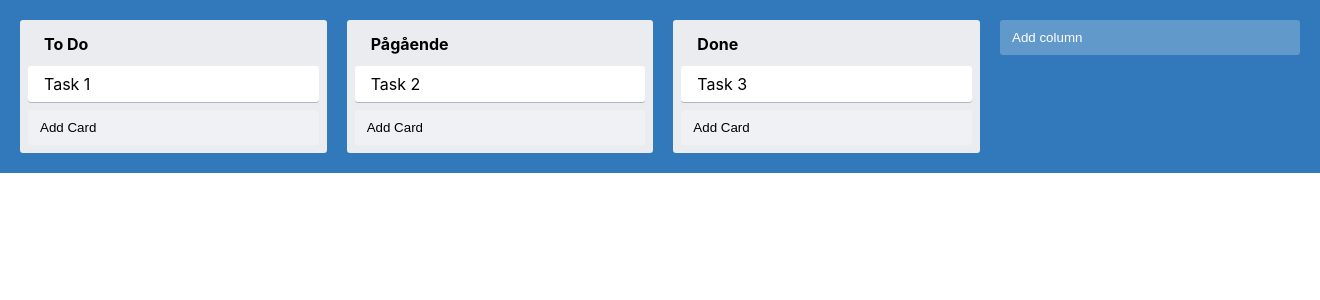
Repository: elander/grundkursen
Page: /
The author's editor kept a copy of each file at every save. The page is drawn from the files as they stood at one save, then again after the next save.
The browser window is 1280 px wide. The page is 1320 px wide, so the pictures cover 1320 px, including what lies to the right of the window. The pictures show the whole page.
The project was rebuilt for these pictures with package versions that can differ from the ones it lists, and the page was loaded fresh each time. Also part of the build but not shown: src/App.css, src/utils/useFocus.ts, src/components/NewItemForm/NewItemForm.tsx.

Above is the page before, as saved 2022-04-25 15:03:45.

After the next save:
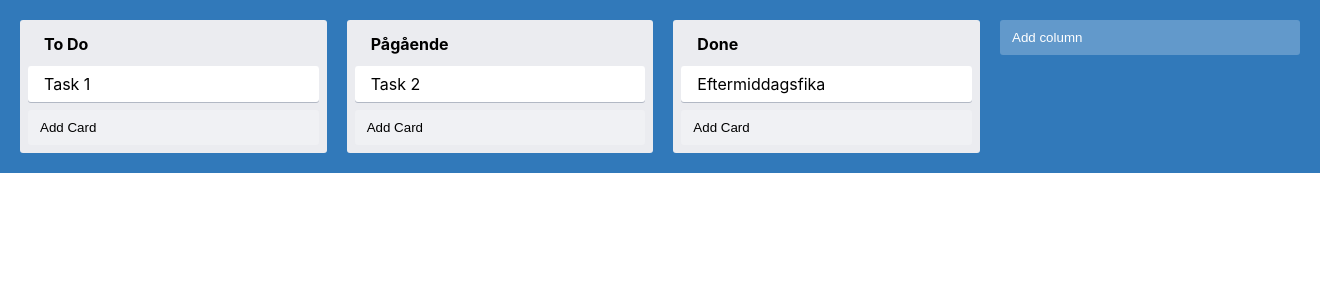
Saved 36 s later.
--- a/src/state/AppStateContext.tsx
+++ b/src/state/AppStateContext.tsx
@@ -35,7 +35,7 @@ const appData = {
             id:"2",
             text: "Done",
             tasks: [
-                {id: "2", text: "Task 3"},
+                {id: "2", text: "Eftermiddagsfika"},
             ],
         },
     ],
